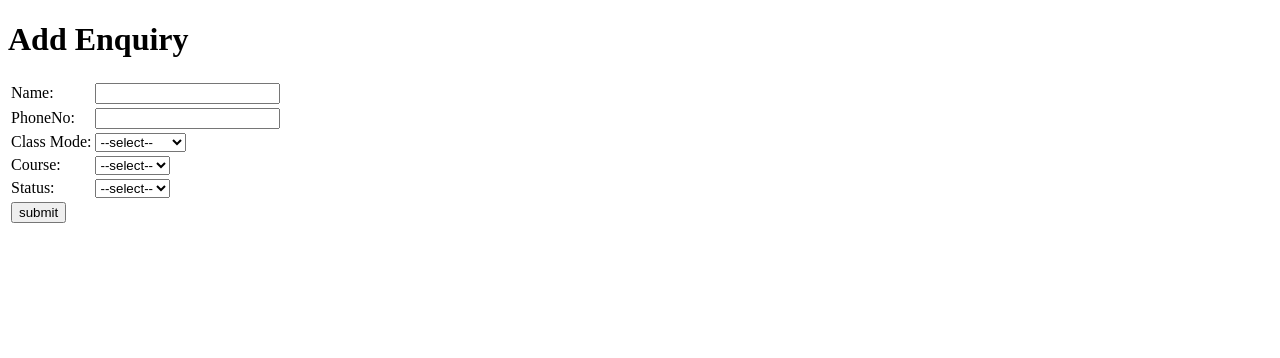
Repository: SitaSangita/Project
Page: http://localhost/addenquiry
These files come from the project's save history. The page is drawn as it stood at one moment and after the next save; the edit follows.
The browser window is 1280 px wide. The pictures show the whole page.
The page is this project's Thymeleaf template; nobody is signed in. The template is opened directly, without the code that normally fills it, so the values that code supplies are empty.

Above is the page before, as saved 2025-01-02 16:46:13.

After the next save:
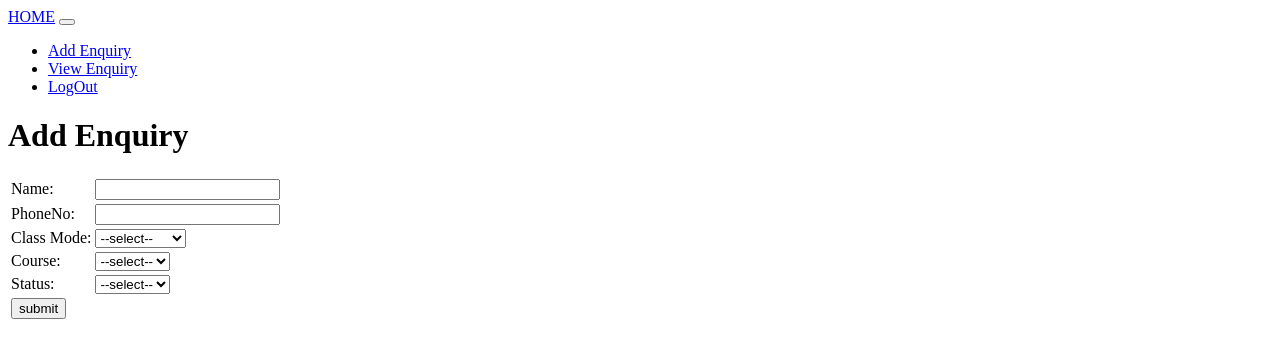
Saved 5 min 12 s later.
--- a/01_CounsellorProtal_MiniProject/src/main/resources/templates/addenquiry.html
+++ b/01_CounsellorProtal_MiniProject/src/main/resources/templates/addenquiry.html
@@ -8,6 +8,31 @@
 </head>
 
 <body>
+	<nav class="navbar navbar-expand-lg bg-body-tertiary">
+				<div class="container-fluid">
+					<a class="navbar-brand" href="#">HOME</a>
+					<button class="navbar-toggler" type="button" data-bs-toggle="collapse" data-bs-target="#navbarText"
+						aria-controls="navbarText" aria-expanded="false" aria-label="Toggle navigation">
+						<span class="navbar-toggler-icon"></span>
+					</button>
+					<div class="collapse navbar-collapse" id="navbarText">
+						<ul class="navbar-nav me-auto mb-2 mb-lg-0">
+
+							<li class="nav-item">
+								<a class="nav-link" href="enquiry-page">Add Enquiry</a>
+							</li>
+							<li class="nav-item">
+								<a class="nav-link" href="/view-enquiries">View Enquiry</a>
+							</li>
+							<li class="nav-item">
+								<a class="nav-link" href="/logout">LogOut</a>
+							</li>
+						</ul>
+
+					</div>
+				</div>
+			</nav>
+
 	<div class="container">
 		<h1>Add Enquiry</h1>
 		<font style="color:green">
